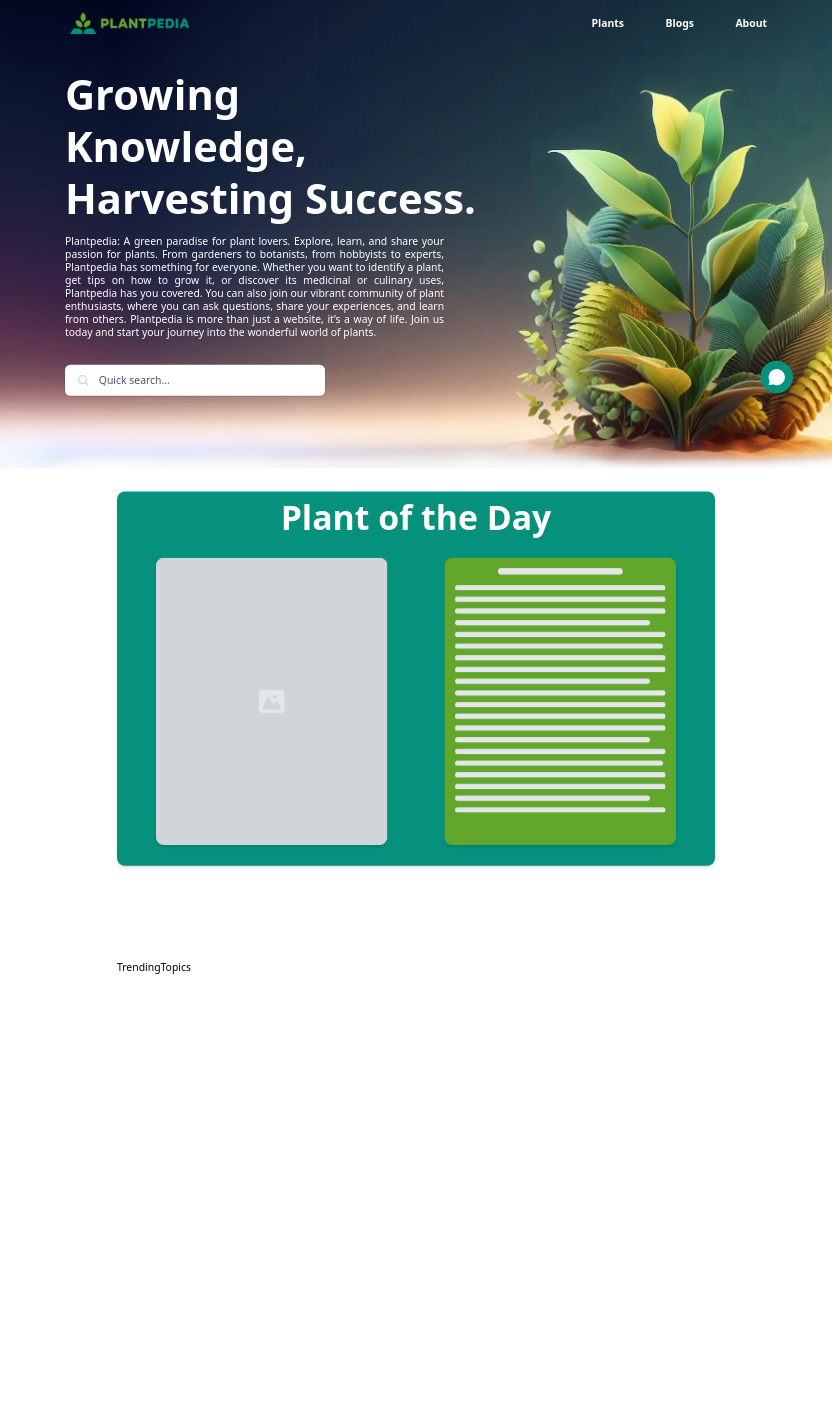
Repository: silham/PlantPedia
Page: /test/home
The author's editor kept a copy of each file at every save. The page is drawn from the files as they stood at one save, then again after the next save.
The browser window is 1280 px wide. The pictures show the whole page, at 65% of full size.
The page's requests for data from a server got no answer. The project was rebuilt for these pictures with package versions that can differ from the ones it lists, and the page was loaded fresh each time. The framework's server and built-in components were replaced by stand-ins that run in the browser. No one was signed in, and anything a server would have sent is missing. Also part of the build but not shown: next.config.js, app/components/SearchBox.css, app/test/Chat/style.css, app/utils/Formatter.ts.

Above is the page before, as saved 2023-10-16 14:36:05.

After the next save:
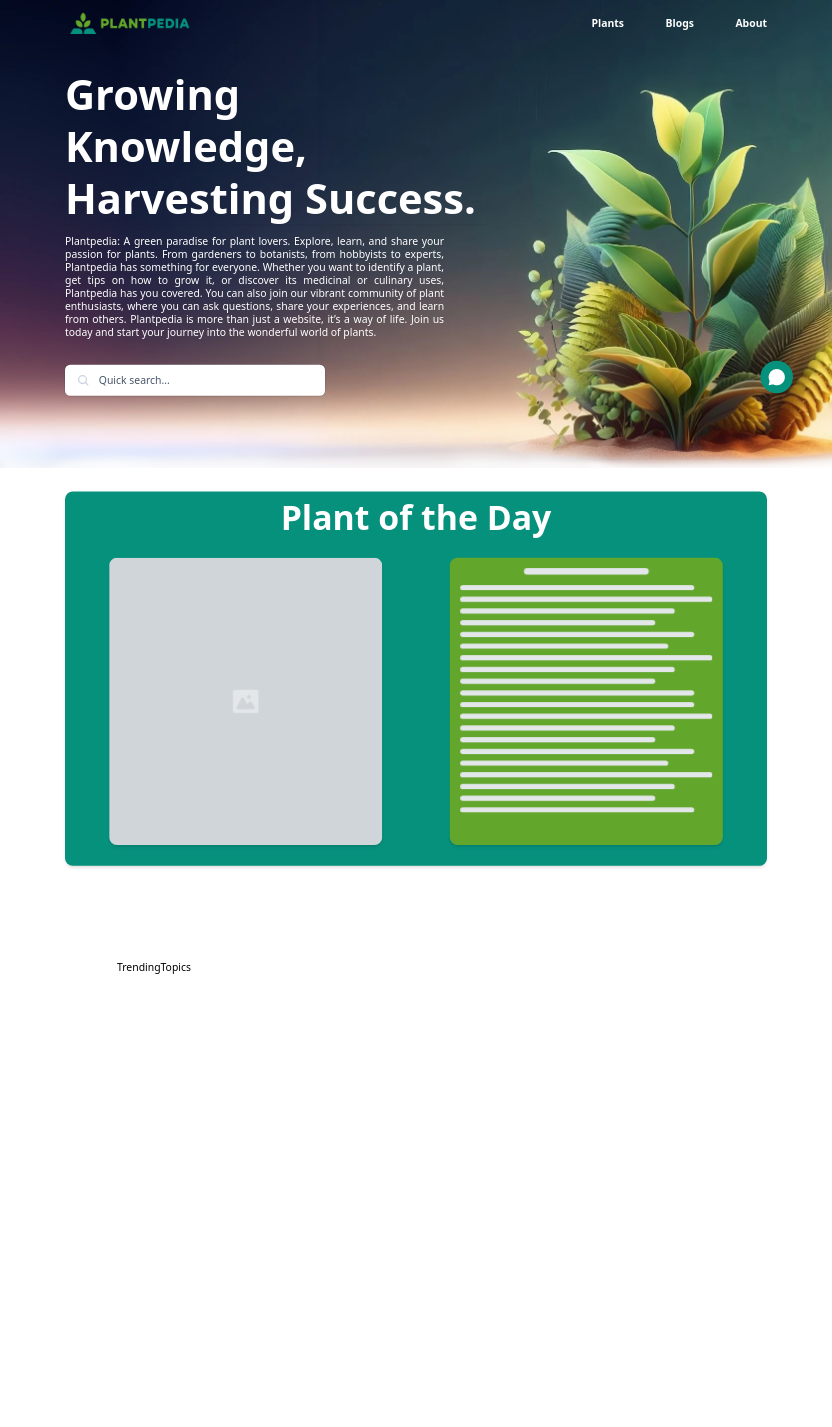
Saved 24 s later.
--- a/app/test/home/page.tsx
+++ b/app/test/home/page.tsx
@@ -44,7 +44,7 @@
         </div>
       </section>
 
-      <section className="h-[100vh] w-[100vw] px-[180px]">
+      <section className="h-[100vh] w-[100vw] px-[100px]">
         <PlantOfDay />
       </section>
 

After the save that followed:
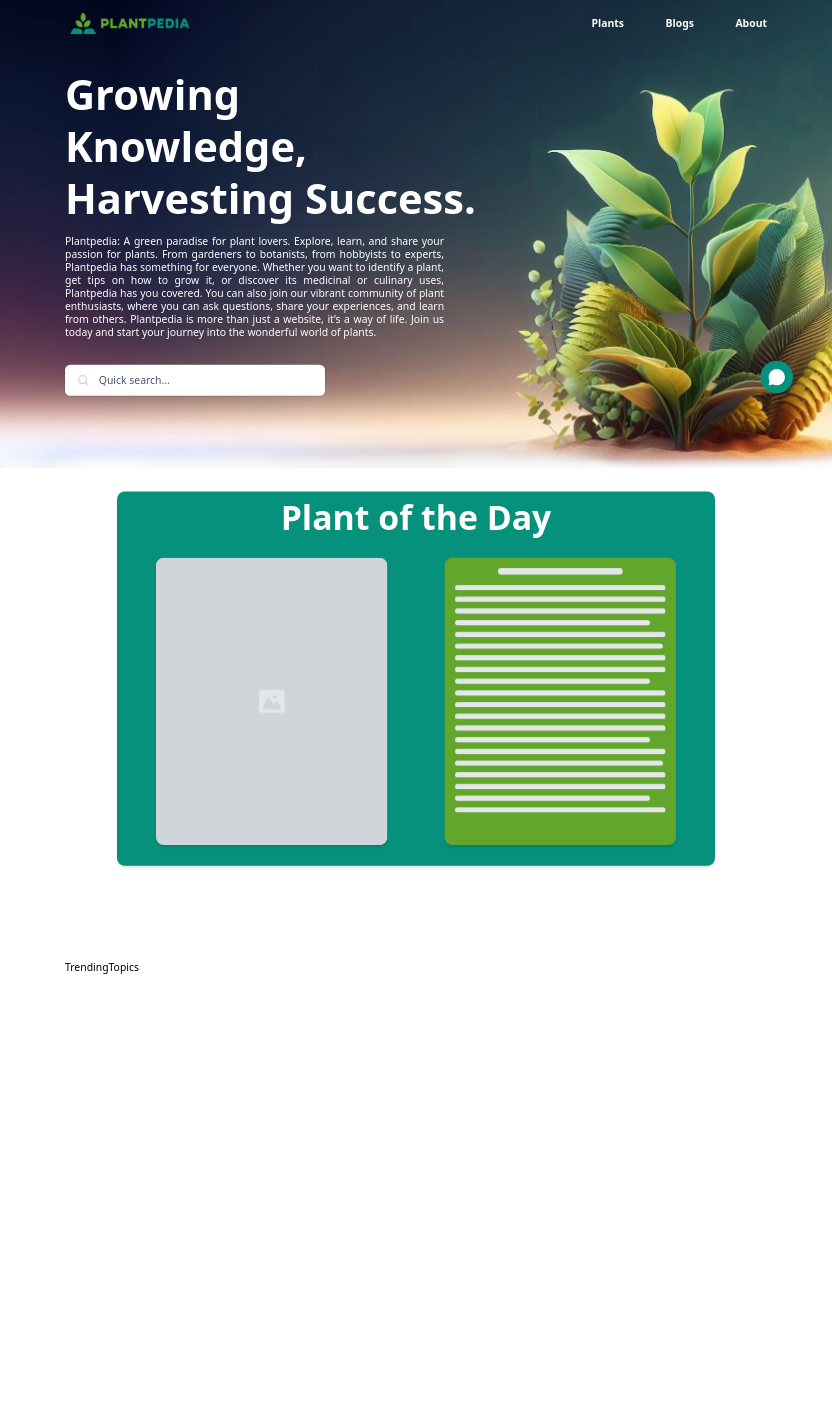
Saved 10 s later.
--- a/app/test/home/page.tsx
+++ b/app/test/home/page.tsx
@@ -44,11 +44,11 @@
         </div>
       </section>
 
-      <section className="h-[100vh] w-[100vw] px-[100px]">
+      <section className="h-[100vh] w-[100vw] px-[180px]">
         <PlantOfDay />
       </section>
 
-      <section className="h-[100vh] w-[100vw] px-[180px]">
+      <section className="h-[100vh] w-[100vw] px-[100px]">
         <TrendingTopics />
       </section>
       <SideSearchBtn />
